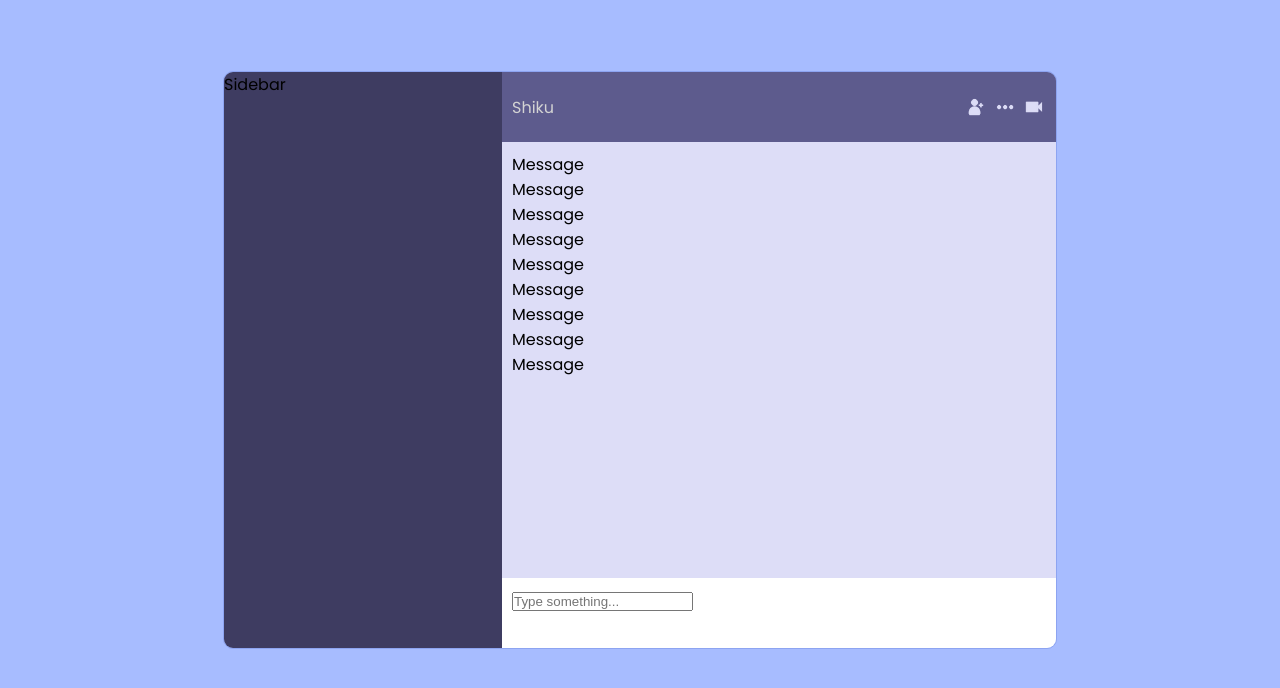
Repository: shikubro90/chatapp
Page: /
An editor plug-in stored every save of this project. The page is shown before and after a run of saves, followed by the edit.
The browser window is 1280 px wide. The pictures show the whole page.
The project was rebuilt for these pictures with package versions that can differ from the ones it lists, and the page was loaded fresh each time. Also part of the build but not shown: src/pages/Login.jsx, src/pages/Register.jsx.

Above is the page before, as saved 2022-09-14 20:25:56.

After the next 4 saves:
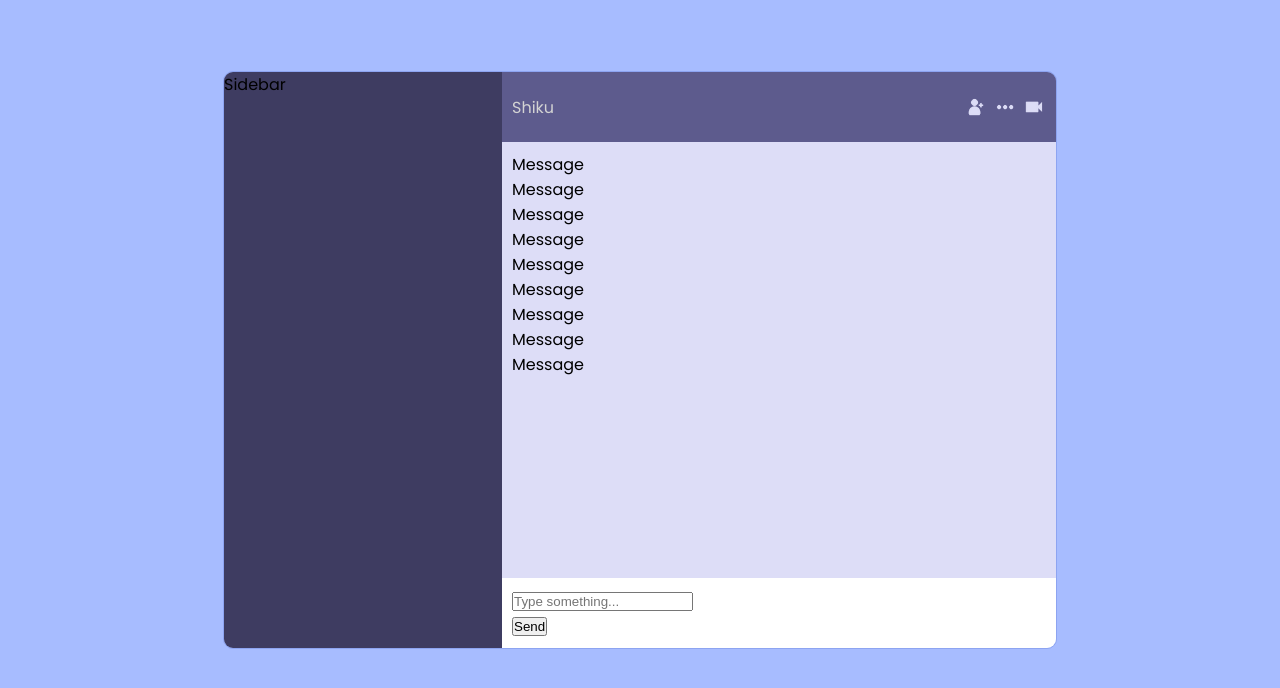
The 4 saves are shown as one change because they came seconds apart.
The last was saved 12 s later.
--- a/src/Components/Input.jsx
+++ b/src/Components/Input.jsx
@@ -10,6 +10,7 @@ const Input = () => {
         <label htmlFor="file">
           <img src="" id='file' alt="" />
         </label>
+        <button>Send</button>
       </div>
     </div>
   )
